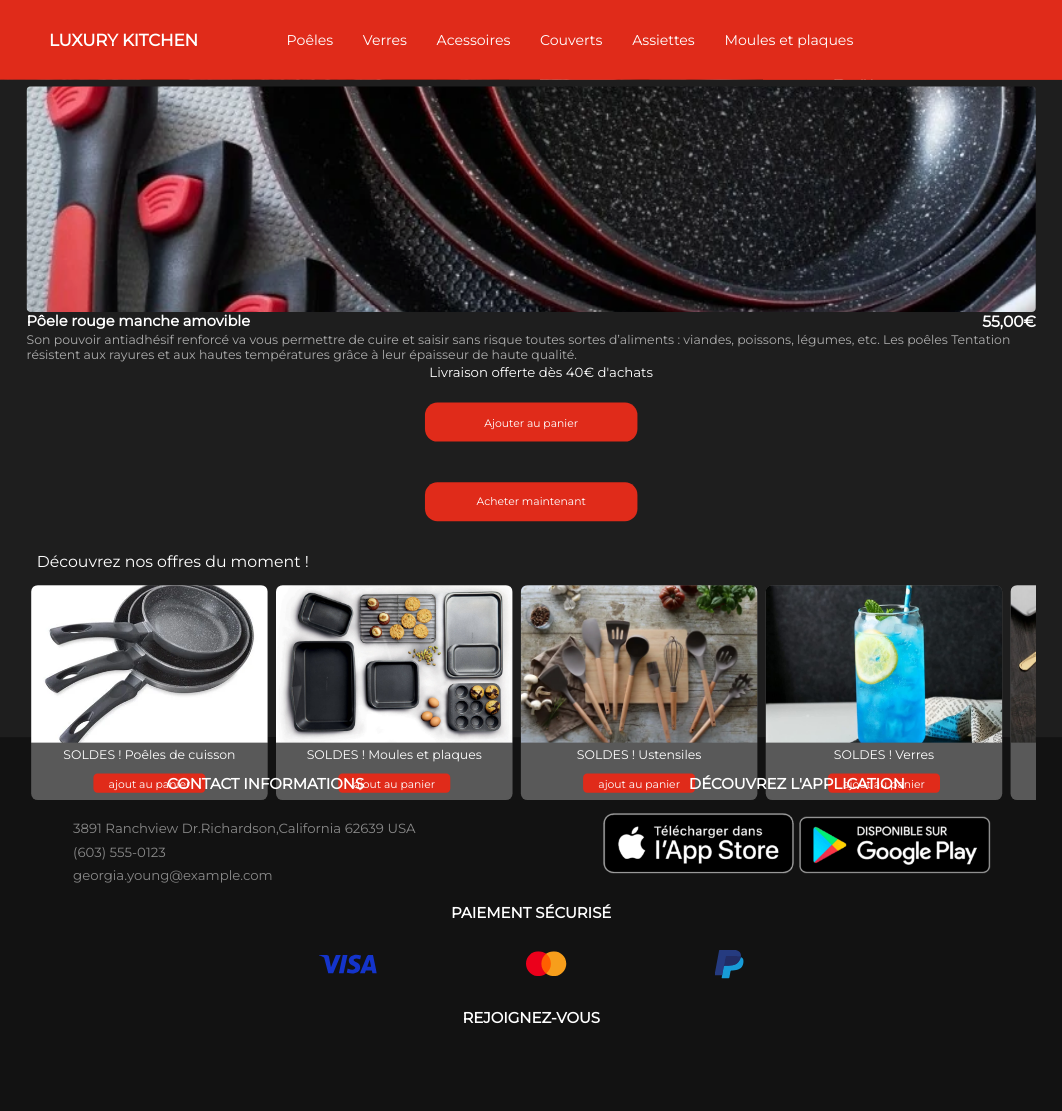
Repository: Juannpl/Luxury-Kicthen
Page: html/page_produits.html
An editor plug-in stored every save of this project. The page is shown before and after a run of saves, followed by the edit.
The browser window is 1280 px wide. The pictures show the whole page, at 83% of full size.
Some icons come from a web library that is not loaded, so they are not drawn.

Above is the page before, as saved 2023-02-15 15:13:21.

After the next 4 saves:
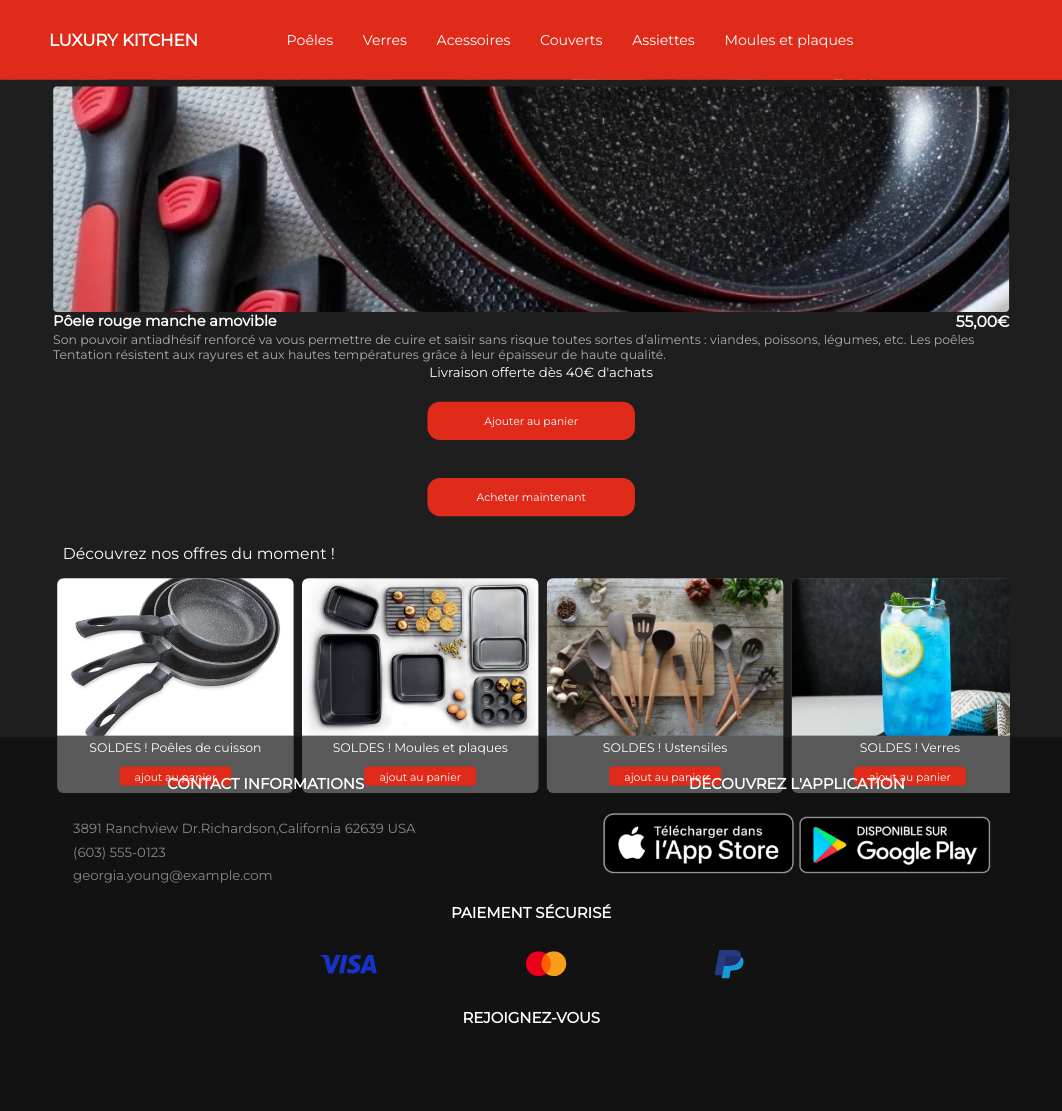
The 4 saves are shown as one change because they came seconds apart.
The last was saved 19 s later.
--- a/css/page_produits.css
+++ b/css/page_produits.css
@@ -268,7 +268,7 @@
 }
 
 .tout{
-    width: 95%;
+    width: 90%;
     height: 98%;
     display: flex;
     justify-content: space-between;
